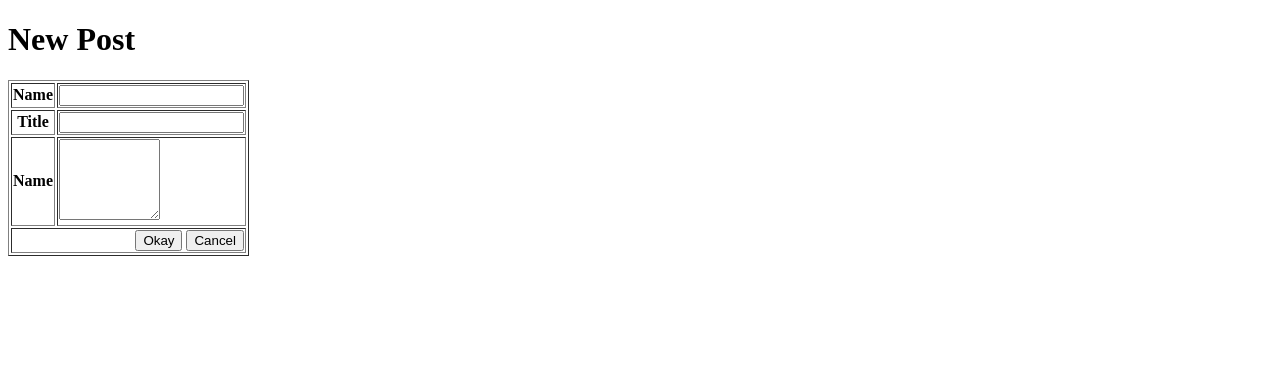
Repository: Dasommm/SpringFramework
Page: http://localhost/springMVC05_update_jdbc/insertform.do
These files come from the project's save history. The page is drawn as it stood at one moment and after the next save; the edit follows.
The browser window is 1280 px wide. The pictures show the whole page.
The page is served by Tomcat 9.

Above is the page before, as saved 2020-03-31 08:53:48.

After the next save:
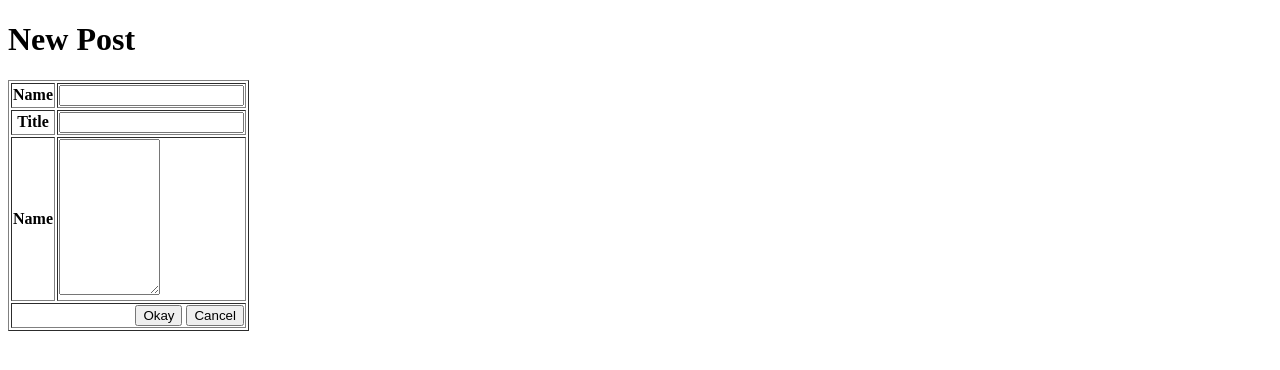
Saved 14 s later.
--- a/springMVC05_update_jdbc/src/main/webapp/WEB-INF/views/insertform.jsp
+++ b/springMVC05_update_jdbc/src/main/webapp/WEB-INF/views/insertform.jsp
@@ -22,7 +22,7 @@
 	</tr>
 	<tr>
 		<th>Name</th>
-		<td><textarea rows="5" cols="10" name="content"></textarea></td>
+		<td><textarea rows="10" cols="10" name="content"></textarea></td>
 	</tr>
 	<tr>
 		<td colspan="2" align="right">
